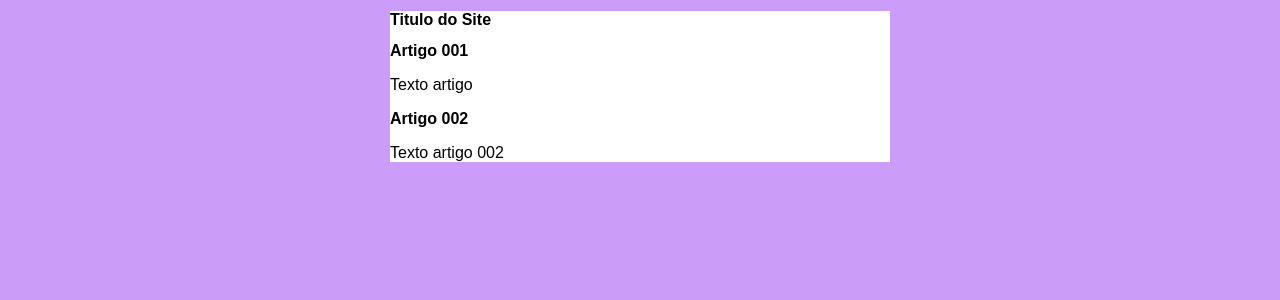
Repository: robertacristinaabreu01/projeto-siteGitHub
Page: index.html
An editor plug-in stored every save of this project. The page is shown before and after the next save, followed by the edit.
The browser window is 1280 px wide. The pictures show the whole page.

Above is the page before, as saved 2021-01-23 21:49:46.

### index.html
<!DOCTYPE html>
<html lang="pt-br">

<head>
    <meta charset="UTF-8">
    <meta name="viewport" content="width=device-width, initial-scale=1.0">
    <title>Titulo do Site</title>
    <link rel="stylesheet" href="estilos/style.css">
</head>

<body>
    <main>
        <header>
            <h1>Titulo do Site</h1>
        </header>
        <article>
            <h1>Artigo 001</h1>
            <p>Texto artigo</p>
        </article>
        <article>
            <h1>Artigo 002</h1>
            <p>Texto artigo 002</p>
        </article>
    </main>
</body>

</html>

### estilos/style.css
*{
    font-family: Arial, helvetica, sans-serif;
    font-size: 16px;
}

body{
    background-color: rgb(204, 157, 248);

}

main{

background-color:white;
width:500px;
margin:auto;
box-shadow: 3px
}

After the next save:
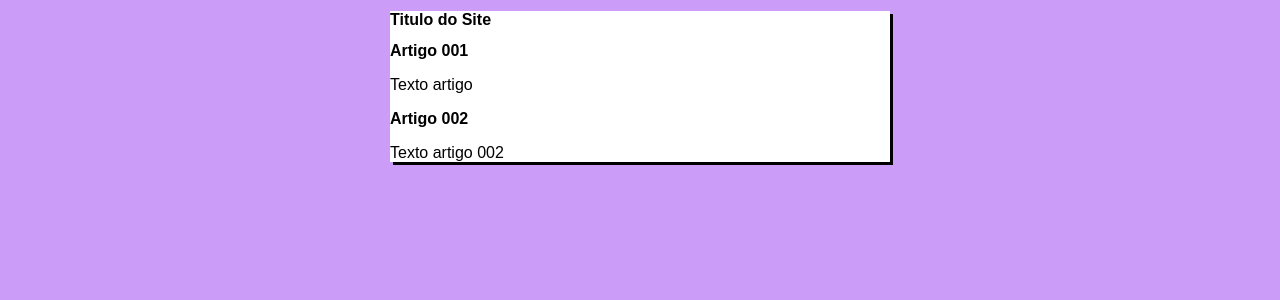
Saved 9 s later.
--- a/estilos/style.css
+++ b/estilos/style.css
@@ -13,5 +13,5 @@ main{
 background-color:white;
 width:500px;
 margin:auto;
-box-shadow: 3px
+box-shadow: 3px 3px
 }
